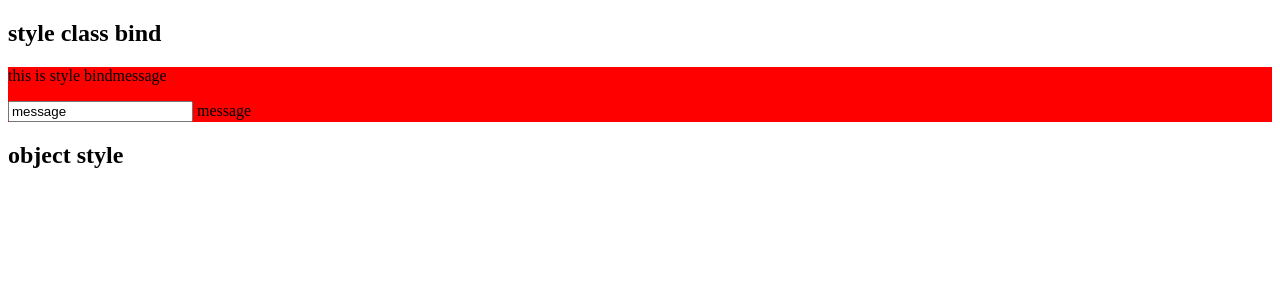
Repository: MeghaNagari/PracticeAtVMC
Page: Practice/VuePractice/WebContent/ClassStyleBind.html
The author's editor kept a copy of each file at every save. The page is drawn from the files as they stood at one save, then again after the next save.
The browser window is 1280 px wide. The pictures show the whole page.
Some web libraries are served in a nearby version.

Above is the page before, as saved 2018-03-19 18:00:06.
Console error: SyntaxError: Unexpected identifier 'data'

### Practice/VuePractice/WebContent/ClassStyleBind.html
<!DOCTYPE html>
<html>
<head>
<meta charset="UTF-8">
<title>Insert title here</title>
<script src="https://cdn.jsdelivr.net/npm/vue@2.5.16/dist/vue.js"></script>

<style>
         .active {
            background: red;
         }


         .classObject{

         color:yellow;

         }

      </style>

</head>
<body>
<h2>style class bind</h2>
<div id="test1">
<div class="static" v-bind:class="{ active: isActive, 'text-danger': hasError }">

     <p> this is style bind{{msg}}</p>



<input type="text" v-model=msg>
{{msg}}
</div>
</div>
<div id="test2">

<div v-bind:class="classObject">
<h2>object style</h2>
</div>
</div>
</body>

<script>
new Vue({

	el:"#test1",
	data: {
		  isActive: true,
		  hasError: false,
		  msg:"message"
		}


})

</script>

<script>
new Vue({
	el:"#test2"

data: {
	  isActive: true,
	  error: null
	},
	computed: {
	  classObject: function () {
	    return {
	      active: this.isActive && !this.error,
	      'text-danger': this.error && this.error.type === 'fatal'
	    }
	  }
	}
})


</script>


</html>

After the next save:
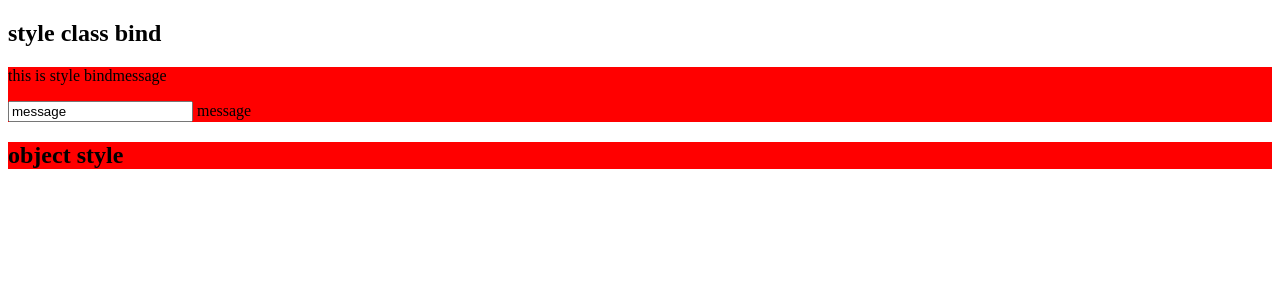
The error is gone.
Saved 60 s later.
--- a/Practice/VuePractice/WebContent/ClassStyleBind.html
+++ b/Practice/VuePractice/WebContent/ClassStyleBind.html
@@ -58,7 +58,7 @@ new Vue({
 
 <script>
 new Vue({
-	el:"#test2"
+	el:"#test2",
 
 data: {
 	  isActive: true,
